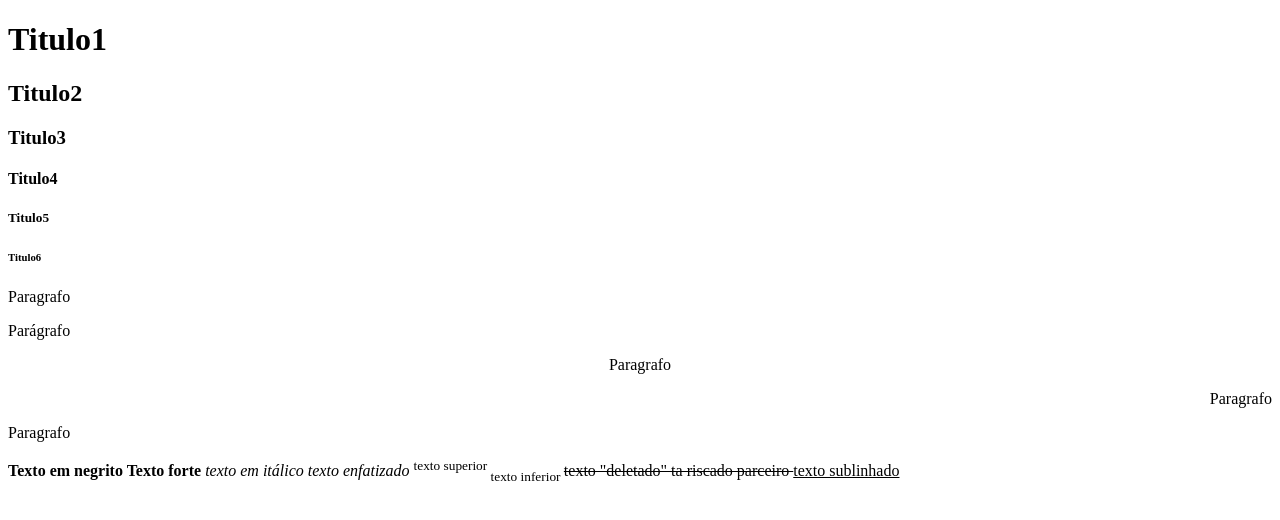
Repository: EmanuelUrbano/introducao_a_tecnologias
Page: estudos/estudo_html/index.html
These files come from the project's save history. The page is drawn as it stood at one moment and after the next save; the edit follows.
The browser window is 1280 px wide. The pictures show the whole page.

Above is the page before, as saved 2022-04-03 12:21:24.

After the next save:
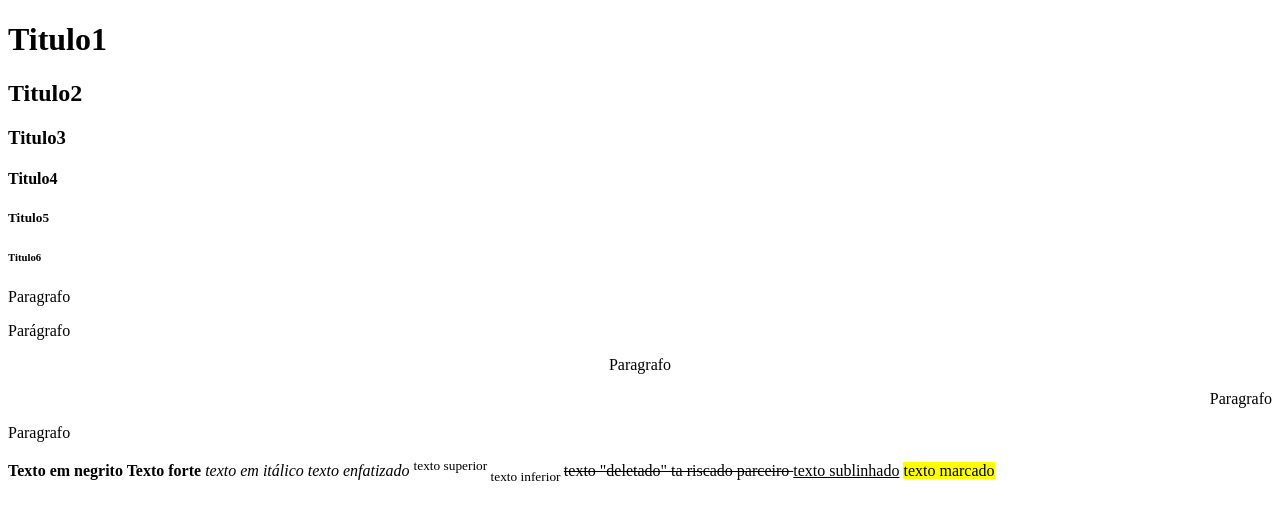
Saved 37 s later.
--- a/estudos/estudo_html/index.html
+++ b/estudos/estudo_html/index.html
@@ -24,5 +24,6 @@
         <sub>texto inferior </sub>
         <del>texto "deletado" ta riscado parceiro </del>
         <ins>texto sublinhado</ins>
+        <mark>texto marcado</mark>
     </body>
 </html>
